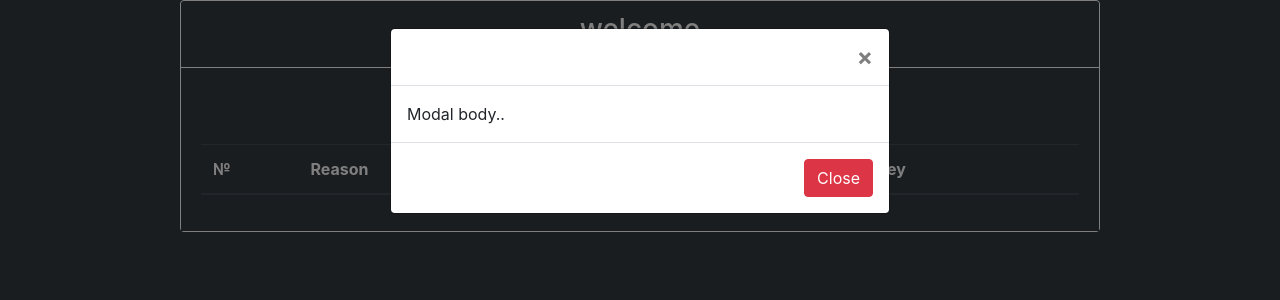
Repository: surefaceJS/allMyWorkInaliLinux
Page: hardcha/index.html
These files come from the project's save history. The page is drawn as it stood at one moment and after a run of saves; the edit follows.
The browser window is 1280 px wide. The pictures show the whole page.

Above is the page before, as saved 2021-04-19 12:19:08.

After the next 3 saves:
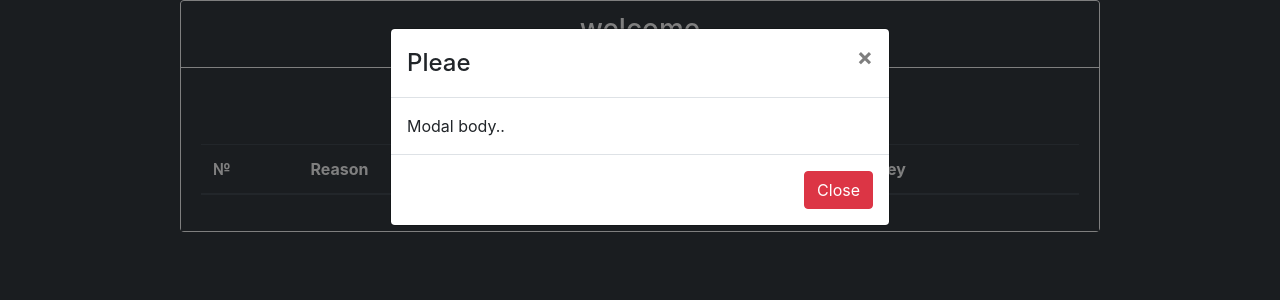
The 3 saves are shown as one change because they came seconds apart.
The last was saved 4 min 53 s later.
--- a/hardcha/index.html
+++ b/hardcha/index.html
@@ -25,7 +25,7 @@
 
                     <!-- Modal Header -->
                     <div class="modal-header">
-                        <h4 class="modal-title"></h4>
+                        <h4 class="modal-title">Pleae</h4>
                         <button type="button" class="close" data-dismiss="modal">&times;</button>
                     </div>
 
